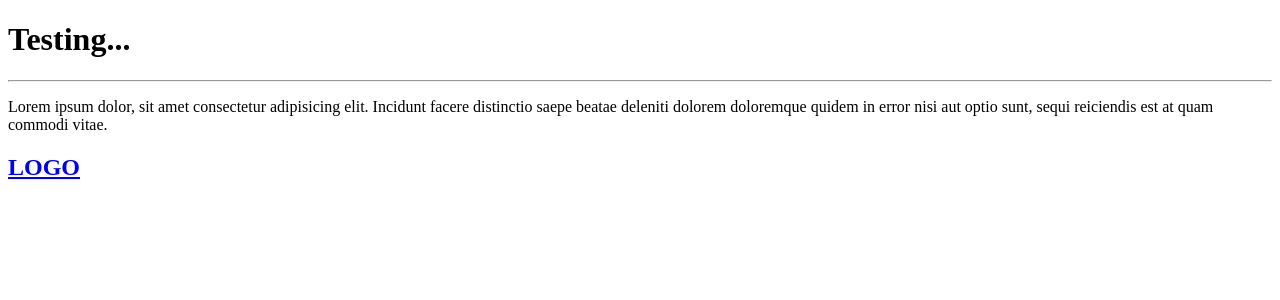
Repository: MarcioFreitasUFSC21/Proejct00
Page: ExampleSite/Assets/index2.html
An editor plug-in stored every save of this project. The page is shown before and after the next save, followed by the edit.
The browser window is 1280 px wide. The pictures show the whole page.

Above is the page before, as saved 2023-03-18 17:00:51.

### ExampleSite/Assets/index2.html
<!DOCTYPE html>
<html lang="pt-br">
<head>
    <meta charset="UTF-8">
    <meta http-equiv="X-UA-Compatible" content="IE=edge">
    <meta name="viewport" content="width=device-width, initial-scale=1.0">
    <title>The first page</title>
</head>
<body>
    <h1> Testing... </h1>
    <hr>
    <p> Lorem ipsum dolor, sit amet consectetur adipisicing elit. Incidunt facere distinctio saepe beatae deleniti dolorem doloremque quidem in error nisi aut optio sunt, sequi reiciendis est at quam commodi vitae.</p>
    <section>
        <div>
            <h1> <a href ="."> LOGO </a></h1>

        </div>


    </section>
</body>
</html>

After the next save:
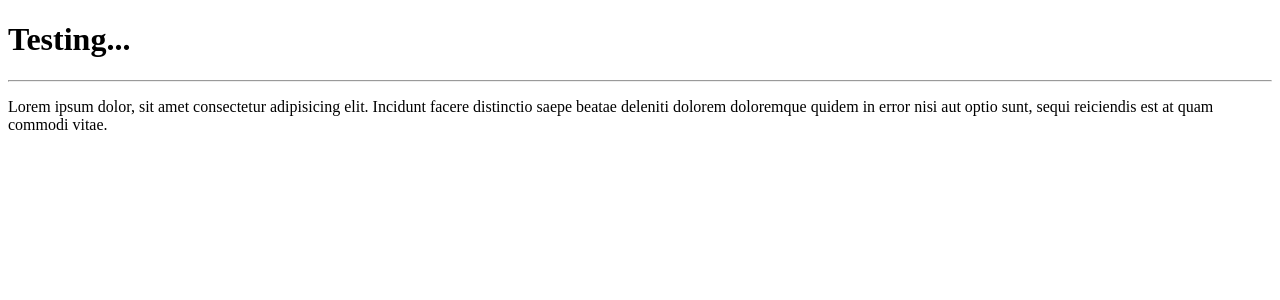
Saved 6 s later.
--- a/ExampleSite/Assets/index2.html
+++ b/ExampleSite/Assets/index2.html
@@ -12,7 +12,7 @@
     <p> Lorem ipsum dolor, sit amet consectetur adipisicing elit. Incidunt facere distinctio saepe beatae deleniti dolorem doloremque quidem in error nisi aut optio sunt, sequi reiciendis est at quam commodi vitae.</p>
     <section>
         <div>
-            <h1> <a href ="."> LOGO </a></h1>
+
 
         </div>
 
